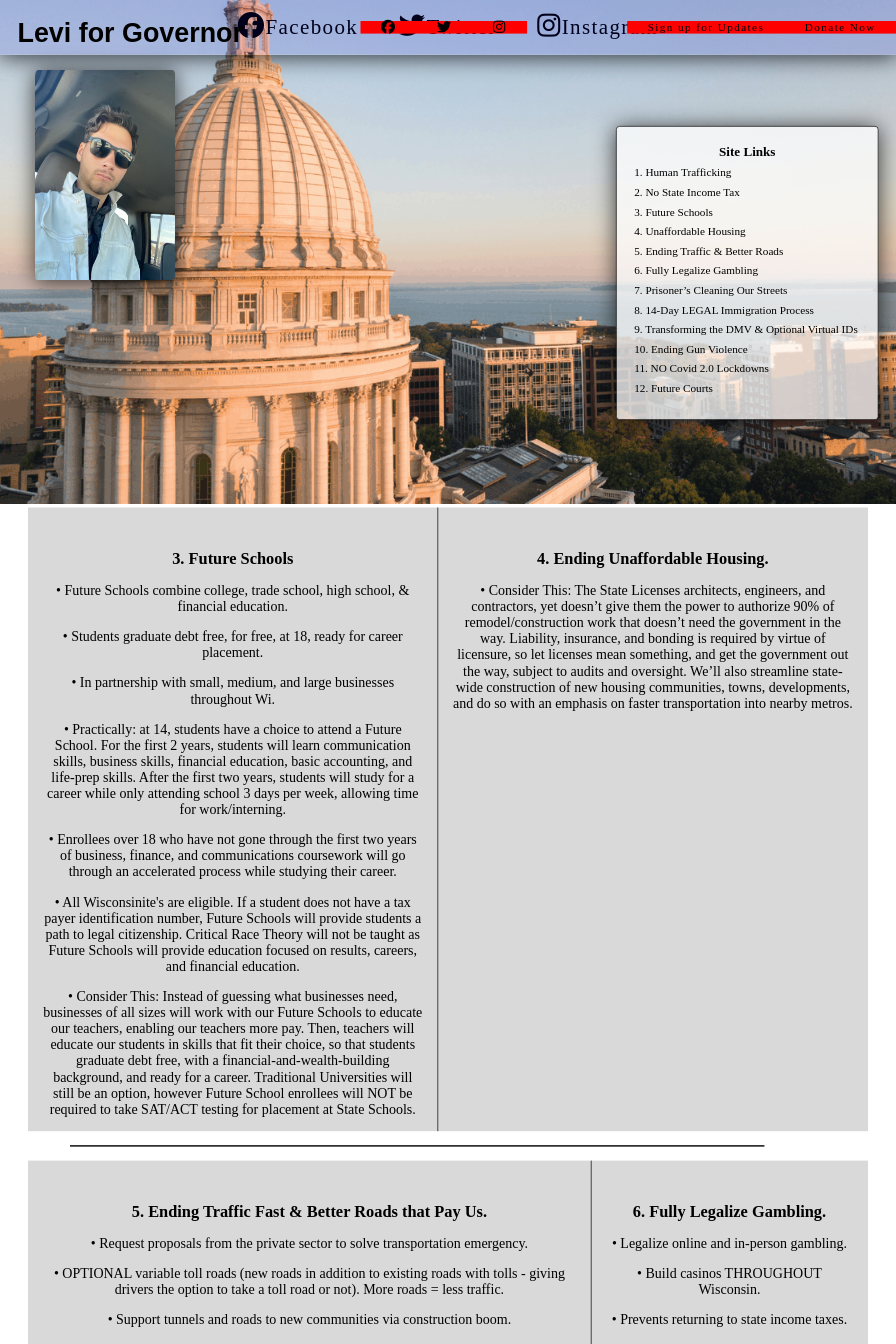
Repository: LeviCB/LeviCB.github.io
Page: index.html
The author's editor kept a record of every edit. The page is drawn from the files as they stood at one moment, then again after the next edit.
The browser window is 1280 px wide. The pictures show the part of the page from y = 0 to 1920 px (the page is 4057 px tall), at 70% of full size.
Some web fonts or font styles are not loaded; a fallback is used. Some web libraries are served in a nearby version.

Above is the page before.
Console error: SyntaxError: Identifier 'head' has already been declared

### index.html
<!DOCTYPE html>
<html>

<head id="head">

  <link type="text/css" rel="stylesheet" href="assets/css/header_style.css"/>
  <link type="text/css" rel="stylesheet" href="assets/css/laptop_style.css"/>
  <link type="text/css" rel="stylesheet" href="assets/css/tablet_style.css"/>
  <link type="text/css" rel="stylesheet" href="assets/css/mobile_style.css"/>
  <link type="text/css" rel="stylesheet" href="assets/css/style.css"/>
  <link type="text/css" rel="stylesheet" href="assets/css/body_style.css"/>
  <link type="text/css" rel="stylesheet" href="assets/css/footer_style.css"/>


  <script src="https://kit.fontawesome.com/570e38c220.js" crossorigin="anonymous"></script>
</head>

<body id="main">
  <div class="scrollTop" onclick="scrollToTop()"></div>
  <header id="header">
    <a href="" class="logo"><strong>Levi for Governor</strong></a>
    <ul id="list">
         <li><a href="#"><i class="fab fa-facebook fa-lg"></i></a></li>
         <li><a href="#"><i class="fab fa-twitter fa-lg"></i></a></li>
         <li><a href="#"><i class="fab fa-instagram fa-lg"></i></a></li>
    </ul>
    <ul>
      <li><a href="">Sign up for Updates</a></li>
      <li><a href="">Donate Now</a></li>
    </ul>
    </div>
  </header>
  <section class="banner" url="/assets/images/wisconsin_capital.png"></section>
  <div id="my-image">
    <img id="my-main-img" src="assets/images/main_image.JPG" alt="Main Image of Levi Borntreger">
  </div>
  <div id="hyper-links">
    <h3>Site Links</h3>
    <a href="#1. Human Trafficking">1. Human Trafficking</a>
    <a href="#2. No State Income Tax">2. No State Income Tax</a>
    <a href="#3. Future Schools">3. Future Schools</a>
    <a href="#4. Unaffordable Housing">4. Unaffordable Housing</a>
    <a href="#5. Ending Traffic & Better Roads">5. Ending Traffic & Better Roads</a>
    <a href="#6. Fully Legalize Gambling">6. Fully Legalize Gambling</a>
    <a href="#7. Prisoner’s Cleaning Our Streets">7. Prisoner’s Cleaning Our Streets</a>
    <a href="#8. 14-Day LEGAL Immigration Process">8. 14-Day LEGAL Immigration Process</a>
    <a href="#9. Transforming the DMV & Optional Virtual IDs">9. Transforming the DMV & Optional Virtual IDs</a>
    <a href="#10. Ending Gun Violence">10. Ending Gun Violence</a>
    <a href="#11. NO Covid 2.0 Lockdowns">11. NO Covid 2.0 Lockdowns</a>
    <a href="#12. Future Courts">12. Future Courts</a>
  </div>
  </div>
  <content>
    <!--for mobile and laptop only-->
    <div class="buttons">
      <ul class="social-buttons">
        <li><a href="#"><i class="fab fa-facebook fa-lg"></i>Facebook</a></li>
        <li><a href="#"><i class="fab fa-twitter fa-lg"></i>Twitter</a></li>
        <li><a href="#"><i class="fab fa-instagram fa-lg"></i>Instagram</a></li>
      </ul>
    </div>
     <!--^^^^for mobile and laptop only^^^^-->
    <div id="content-all">
      <div id="content-wrapper">
        <a name="1. Human Trafficking"></a>
        <a name="2. No State Income Tax"></a>
        <hr style="height: 2px; width: 80%; border: none; background-color: black;">
        <section id="content-text">
          <article id="content">
            <h3>1. Human Trafficking</h3>
            <p>I Promise to all of you that in my first 30 days in office to get a plan put together and in motion to stop human trafficking for good. There's absolutely no reason that today in our society, that any of this is going on, it's a disgrace to humanity.</p>
          </article>
          <hr style="width: 1px; border: none; background-color: black;">
          <article id="content">
            <h3>2. No State Income Tax on the first $200,000 of Income.</h3>
            <h5>Problem</h5>
            <p>Wisconsin's taxes are too high and too much goes to wasteful spending. This leads people to leave Wisconsin to pay lower or no taxes elsewhere and leads to fewer supporters of our Wisconsin businesses.</p>
            <h5>Solution</h5>
            <p> • Removes the Wi State Income Tax on the first $250,000 earned.</p>
            <p>• No Wisconsin tax return required.</p>
            <p>• An approximately 5% flat tax on incomes over $200,000.</p>
            <p>• An INSTANT pay raise for all workers and investors.</p>
            <p>• Funded by streamlining / reducing regulation and red tape throughout Wisconsin. Additionally: legalizing Gambling, Massive Growth, Future School consolidation, & Ending OVERPAYING for services. Private sector can build tunnels at $10 million per mile. ALL Wi projects, in the future, will have 100% public transparency, where we publicly & transparently weigh quality and cost. This ends crony capitalism (backroom deals) and corruption.</p>
          </article>
        </section>
        <a name="3. Future Schools"></a>
        <a name="4. Unaffordable Housing"></a>
        <hr style="height: 2px; width: 80%; border: none; background-color: black;">
        <section id="content-text">
          <article id="content">
            <h3>3. Future Schools</h3>
            <p>• Future Schools combine college, trade school, high school, & financial education.</p>
            <p>• Students graduate debt free, for free, at 18, ready for career placement.</p>
            <p>• In partnership with small, medium, and large businesses throughout Wi.</p>
            <p>• Practically: at 14, students have a choice to attend a Future School. For the first 2 years, students will learn communication skills, business skills, financial education, basic accounting, and life-prep skills. After the first two years, students will study for a career while only attending school 3 days per week, allowing time for work/interning.</p>
            <p>• Enrollees over 18 who have not gone through the first two years of business, finance, and communications coursework will go through an accelerated process while studying their career.</p>
            <p> • All Wisconsinite's are eligible. If a student does not have a tax payer identification number, Future Schools will provide students a path to legal citizenship. Critical Race Theory will not be taught as Future Schools will provide education focused on results, careers, and financial education.</p>
            <p>• Consider This: Instead of guessing what businesses need, businesses of all sizes will work with our Future Schools to educate our teachers, enabling our teachers more pay. Then, teachers will educate our students in skills that fit their choice, so that students graduate debt free, with a financial-and-wealth-building background, and ready for a career. Traditional Universities will still be an option, however Future School enrollees will NOT be required to take SAT/ACT testing for placement at State Schools.</p>
          </article>
          <hr style="width: 1px; border: none; background-color: black;">
          <article id="content">
            <h3>4. Ending Unaffordable Housing.</h3>
            <p>• Consider This: The State Licenses architects, engineers, and contractors, yet doesn’t give them the power to authorize 90% of remodel/construction work that doesn’t need the government in the way. Liability, insurance, and bonding is required by virtue of licensure, so let licenses mean something, and get the government out the way, subject to audits and oversight. We’ll also streamline state-wide construction of new housing communities, towns, developments, and do so with an emphasis on faster transportation into nearby metros.</p>
          </article>
        </section>
        <a name="5. Ending Traffic & Better Roads"></a>
        <a name="6. Fully Legalize Gambling"></a>
        <hr style="height: 2px; width: 80%; border: none; background-color: black;">
        <section id="content-text">
          <article id="content">
            <h3>5. Ending Traffic Fast & Better Roads that Pay Us.</h3>
            <p>• Request proposals from the private sector to solve transportation emergency.</p>
            <p>• OPTIONAL variable toll roads (new roads in addition to existing roads with tolls - giving drivers the option to take a toll road or not). More roads = less traffic.</p>
            <p>• Support tunnels and roads to new communities via construction boom.</p>
            <p>• End high-speed rail. Focus on better public transportation especially for Future Schools and workplaces.</p>
            <p>• Utilizing the “green wave” to coordinate traffic lights and limit traffic will also be implementing.</p>
            <p>• Consider This: The private sector is prepared to help solve Wisconsin’s transportation issues. The problem? The Governor is in the way. Cities and counties don’t want traffic; it hurts them. As Governor, Levi will request public proposals from private companies who will compete against each other for opportunities to fix our transportation nightmare. This might include logical changes to speed limits, lane efficiency, and enhancements to our building processes that enable faster solutions, such as multiple private partnerships providing tunnels throughout the same, where traffic is worst.</p>
          </article>
          <hr style="width: 1px; border: none; background-color: black;">
          <article id="content">
            <h3>6. Fully Legalize Gambling.</h3>
            <p>• Legalize online and in-person gambling.</p>
            <p>• Build casinos THROUGHOUT Wisconsin.</p>
            <p>• Prevents returning to state income taxes.</p>
            <p>• Consider This: Today, many leave Wisconsin to travel, vacation, and gamble elsewhere. Why not do as states should do, become competitive with other states, and provide Wisconsinites and Americans an opportunity to enjoy gambling IN Wisconsin. We welcome Everyone.</p>
          </article>
        </section>
        <a name="7. Prisoner’s Cleaning Our Streets"></a>
        <a name="8. 14-Day LEGAL Immigration Process"></a>
        <hr style="height: 2px; width: 80%; border: none; background-color: black;">
        <section id="content-text">
          <article id="content">
            <h3>7. Prisoner’s Cleaning Our Streets.</h3>
            <p>• Focus on community policing and reintegrating trust with law enforcement and communities.</p>
            <p>• Non-violent inmates in jails/prisons will work community service in neighborhoods they committed crimes in under group supervision. Selected, non-violent inmates who agree to clean our streets will be eligible to go stay at home with family, reducing jail costs, while being monitored to ensure attendance and fulfillment of sentence. Wisconsin has over 23,000 prisoner's and spends over $30,000 per prisoner per year on housing Prisoners. This is backwards. Prisoners should contribute to our society, society shouldn’t contribute to them.</p>
            <p>• Inmates will clean our streets, roads, towns/cities, and remove graffiti.</p>
            <p>• Option to attend Future Schools to prevent recidivism.</p>
            <p>• Focus on training, social support, and community, with a focus on growth. For example, restrictive alcohol enforcement on businesses cripples business.</p>
          </article>
          <hr style="width: 1px; border: none; background-color: black;">
          <article id="content">
            <h3>8. 14-Day LEGAL Immigration Process.</h3>
            <p>• Wisconsin will establish a process for fast-tracked LEGAL immigration. Our “illegal” immigration crisis is a result of a HORRIBLE, out-dated, and criminalizing immigration disaster. A 14-day legal immigration process helps us attract not just refugees, but also qualified immigrants who can support and contribute to our economy. Legal immigration does not cost Wisconsin jobs, it expands our economy and grows our revenues. Consider this: A CPA who moves to Wisconsin from Brazil, who agrees not to accept any social-welfare programs, needs a dentist, doctor, grocery store, taxi driver, retail stores, and more. For each person who legally immigrants to Wisconsin, we expect economic growth for 10+ Wisconsinite's.</p>
            <p>• Every mid to low income Immigrant will need to have a job lined up. They will get a temporary 2 year Citizenship and will have to attend a future school on the side to learn English etc. If they still have a job and no criminal activities they will be granted full Citizenship.</p>
            <p>Additionally and on Manufacturing:</p>
            <p>• Wisconsin will also partner with companies providing access to Future Schools.</p>
            <p>• This allows companies to train students prior to graduating Future Schools, making them career ready at 18.</p>
          </article>
        </section>
        <a name="9. Transforming the DMV & Optional Virtual IDs"></a>
        <a name="10. Ending Gun Violence"></a>
        <hr style="height: 2px; width: 80%; border: none; background-color: black;">
        <section id="content-text">
          <article id="content">
            <h3>9. Transforming the DMV & Optional Virtual IDs.</h3>
            <p>• Virtual IDs and Registrations w/ QR coded downloads. Virtual IDs would be OPTIONAL - so printed QR or full-versions would still be available on an OPT-IN basis (default being virtual, but for those desiring physical, the option would be available).</p>
            <p>• Privatizing license plates, driver tests, and vision tests.</p>
            <p>• Speed cameras & virtual tickets; less traffic stops via officer virtual traffic stops & ticketing.</p>
            <p>• Instant options to dispute or pay tickets via a new Wisconsin App.</p>
          </article>
          <hr style="width: 1px; border: none; background-color: black;">
          <article id="content">
            <h3>10. Ending Gun Violence.</h3>
            <p> • Wisconsin should focus less on restrictions for legal weapon owners, and instead focus more resources on weapon education, mental Health services, therapy access especially for those uninsured or underinsured, and teaching mental-wellness in our schools to prevent the stigmatization of mental-health illnesses in Wisconsin.</p>
            <p>• Those who are trained and background checked SHALL have more rights in Wisconsin. We’re moving towards MORE rights and freedoms in Wisconsin, not less.</p>
            <p>• Tiered licenses for individuals with weapons training.</p>
            <p>• Granting more privileges like concealed carry to more folks who are trained and background checked. This would be the first expansion of Gun Rights Wisconsin has seen in decades.</p>
          </article>
        </section>
        <a name="11. NO Covid 2.0 Lockdowns"></a>
        <a name="12. Future Courts"></a>
        <hr style="height: 2px; width: 80%; border: none; background-color: black;">
        <section id="content-text">
          <article id="content">
            <h3>11. NO Covid 2.0 Lockdowns.</h3>
            <h4>Covid:</h4>
            <p>Vaccines are a choice. Masks are a choice. Businesses shall have the right to remain OPEN — however, reasonable “HEPA-filtration” and ventilation requirements may be an option, but we will NOT have lockdowns again.</p>
          </article>
          <hr style="width: 1px; border: none; background-color: black;">
          <article id="content">
            <h3>12. Future Courts.</h3>
            <p>• Small claims limits raised to $100,000.</p>
            <p>• New Small Claims Advisor Counsel license taught at Future Schools.</p>
            <p>• Speeding up the legal system by investing in our courts.</p>
          </article>
        </section>
      </div>
    </div>
  </content>
<foot>
  <div id="foot">
    <div id="address">
      <h3>Levi for Governor</h3>
      <h3>1712 Prima Lago Ter</h3>
      <h3>Lakeland, FL. 33810</h3>
    </div>
    <div id="contact">
      <h3>Contact Me</h3>
      <h3>715~660~6693</h3>
      <H3>LeviForGovernor@gmail.com</h3>
    </div>
  </div>
</foot>
<script type="text/javascript" src="assets/js/main.js"></script>
<script>
  /*start of header magic*/
const head = document.querySelector("#header");

window.onscroll = function () {
  var top = window.scrollY;
  if (top >= 5) {
    head.classList.add("active");
  } else {
    head.classList.remove("active");
  }
};
/*end of header magic*/

/*start of navtext color change on scroll*/
window.addEventListener("scroll", function() {
        var header = document.querySelector("header");
        header.classList.toggle("sticky", window.scrollY> 0);
      });
/*end of navtext color change on scroll*/

/*start of scrollTop*/
window.addEventListener('scroll', function(){
    var scroll = document.querySelector('.scrollTop');
    scroll.classList.toggle("active" , window.scrollY > 500)
  })

  function scrollToTop(){
    window.scrollTo({
      top: 0,
      behavior: 'smooth'
    })
  }
/*end of scrollTop*/
</script>
</body>
<footer id="footer">
  <div id="copyright">
    <h3>Paid for and Approved by Levi Borntreger for Governor</h3>
    <h3>Copyright 2021 — Levi for Governor. All rights reserved.</h3>
  </div>
</footer>

</html>

### assets/css/laptop_style.css
/*
$desktop: 1200px;
$laptop: 1024px;
$tablet: 768px;
$phone: 480px;
*/

@media only screen and (max-width:1024px) and (min-width: 768px) {
  body {
    background-color:;
  }
  #hyper-links {
    background-color: blue;
  }

  #content-text {
    flex-direction: column;
  }
  #content-wrapper {
    display: flex;
    column-gap: 40px;
    flex-direction: column;
    flex-wrap: wrap;
    width: 100%;
  }
}

### assets/css/tablet_style.css
/*
$desktop: 1200px;
$laptop: 1024px;
$tablet: 768px;
$phone: 480px;
*/


@media only screen and (max-width:768px) and (min-width: 480px) {
  body {
    background-color: pink;
  }
  header #list {
    display: none;
  }
  #hyper-links {
    background-color: blue;
    box-shadow: 0 3px 2rem rgba(0,0,0,.75);
    width: 375px;
    height: 500px;
    position: absolute;
    padding: 50px;
    display: flex;
    border: 1px black solid;
    flex-direction: column;
    z-index: 1;
    left: 0px;
    top: 0px;
    bottom: 0px;
    right: 0px;
    margin: auto;
    margin-top: 60px;
    margin-right: 25px;
    border-radius: 5px;
}

  #content-wrapper {
    font-size: 5px;
  }
}

### assets/css/mobile_style.css


/*
$desktop: 1200px;
$laptop: 1024px;
$tablet: 768px;
$phone: 480px;
*/


@media only screen and (max-device-width:480px) and (min-width:200px) {
  body {
  }
  header {
    height: 100px !important;
    background-color: rgba(0,0,100,1.00) !important;
    color: white !important;
  }
  header .logo {
    font-size: 35px !important;
    color: white !important;
  }
  header #list {
    display: none;
  }
  header ul li a {
    font-size: 30px !important;
    margin: 0 20px;
    padding-top: 10px;
    color: white !important;
}
  #my-image {
    margin-top: 150px !important;
  }
  #hyper-links {
    font-size: 30px;
    min-width: 575px;
    min-height: 950px;
}
  #hyper-links h3 {
    padding: 15px !important;
}
  #hyper-links a {
    padding: 15px !important;
    font-weight: 500px !important;
}
  .scrollTop {
  bottom: 150px !important;
  right: 75px !important;
  width: 85px !important;
  height: 85px !important;
  background-size: 60px !important;
}

  #content-wrapper {
    font-size: 30px !important;
  }
}

### assets/css/style.css
@import url('https://fonts.googleapis.com/css?family=Hammersmith+One');

/*
$desktop: 1200px;
$laptop: 1024px;
$tablet: 768px;
$phone: 480px;
*/



* {
  margin: 0px;
  padding: 0px;
  box-sizing: border-box;
}

body {
  min-height: 100vh;
}
#my-main-img {
  width: 200px;
  height: 300px;
  border-radius: 5px;
  box-shadow: 0 3px 2rem rgba(0,0,0,.75);
}
#my-image {
  position: absolute;
  z-index: 1;
  left: 0px;
  top: 0px;
  bottom: 0px;
  right: 0px;
  margin-top: 100px;
  margin-left: 50px;
}
.scrollTop {
  position: fixed;
  bottom: 800px;
  right: 40px;
  width: 60px;
  height: 60px;
  background: #fff url(/assets/images/arrow-up-blue.jpg);
  border-radius: 50%;
  background-size: 40px;
  background-position: center;
  background-repeat: no-repeat;
  cursor: pointer;
  z-index: 10000;
  visibilty: hidden;
  opacity: 0;
  transition: 0.5s;
}
.scrollTop.active {
  visibilty: visibilty;
  opacity: 1;
  bottom: 40px;
  border: 1px black solid;
}
#hyper-links {
  background-color: rgba(255, 255, 255, .75);
  box-shadow: 0 3px 2rem rgba(0,0,0,.75);
  width: 375px;
  max-height: 420px;
  position: absolute;
  padding: 20px;
  display: flex;
  border: 1px black solid;
  flex-direction: column;
  z-index: 1;
  left: 0px;
  top: 60px;
  bottom: 0px;
  right: 0px;
  margin: auto;
  margin-right: 25px;
  border-radius: 5px;
}
#hyper-links h3 {
  padding: 5px;
  margin: 0px;
  text-align: center;
}
#hyper-links a {
  color: black;
  padding: 5px;
  text-decoration: none;
}
#hyper-links a:hover {
  color: white;
  border: 1px solid black;
  background-color: rgba(0, 0, 0, .50);
}

 content .buttons {
   background-color: red;
   width: auto;
   height: 75px;
   display: flex;
   justify-content: space-around;
 }
 content .buttons .social-buttons {
  position: ;
  display: flex;
  justify-content: ;
  align-items: center;
 }
 content .buttons .social-buttons li {
   position: ;
   list-style: none;
 }
 content .buttons .social-buttons li a {
  position: relative;
  margin: 0 15px;
  padding: 14px;
  text-decoration: none;
  color: black;
  letter-spacing: 2px;
  font-size: 30px;
 }
#content h3 {
  color: black;
  padding-top: 60px;
}
#content-all {
  margin: 0px;
  padding: 20px;
}
#content-wrapper {
  font-size: 20px;
  display: flex;
  column-gap: 40px;
  flex-direction: row;
  flex-wrap: wrap;
  width: 100%;
}
#content-text {
  padding: 20px;
  display: flex;
}
#content {
  background-color: rgba(0, 0, 0, .15);
  padding: 0px 20px 20px 20px;
  text-align: center;
}
#content p {
  padding-top: 20px;
}

### assets/css/body_style.css
.banner {
  position: fixed;
  width: 100%;
  height: 100vh;
  background-image: url("/assets/images/wisconsin_capital.png");
  background-size: cover;
}

### assets/css/footer_style.css
#foot {
  background-color: blue;
  box-shadow: 0 3px 2rem rgba(0,0,0,.75);
  display: flex;
  margin: 0px;
  padding: 0px;
  height: 150px;
  width: 100%;
  justify-content: space-around;
}
foot h3 {
    font-size: 20px;
}
#foot #address {
  margin-top: 30px;
}
#foot #address H3{
  color: white;
  padding: 5px;
}
#foot #contact {
  margin-top: 30px;
}
#foot #contact H4,
#foot #contact H3{
  color: white;
  padding: 5px;
  text-decoration: none !important;
}
#footer {
  margin: 0px;
  padding: 0px;
  height: 75px;
  display: flex;
  background-color: blue;
  border-top: 2px black solid;
  justify-content: center;
}
#footer #copyright {
}
#footer #copyright h3 {
  color: white;
  margin-top: 15px;
}

Loaded but not shown: assets/js/main.js (33 lines, source omitted); assets/css/header_style.css (76 lines, source omitted)

After the next edit:
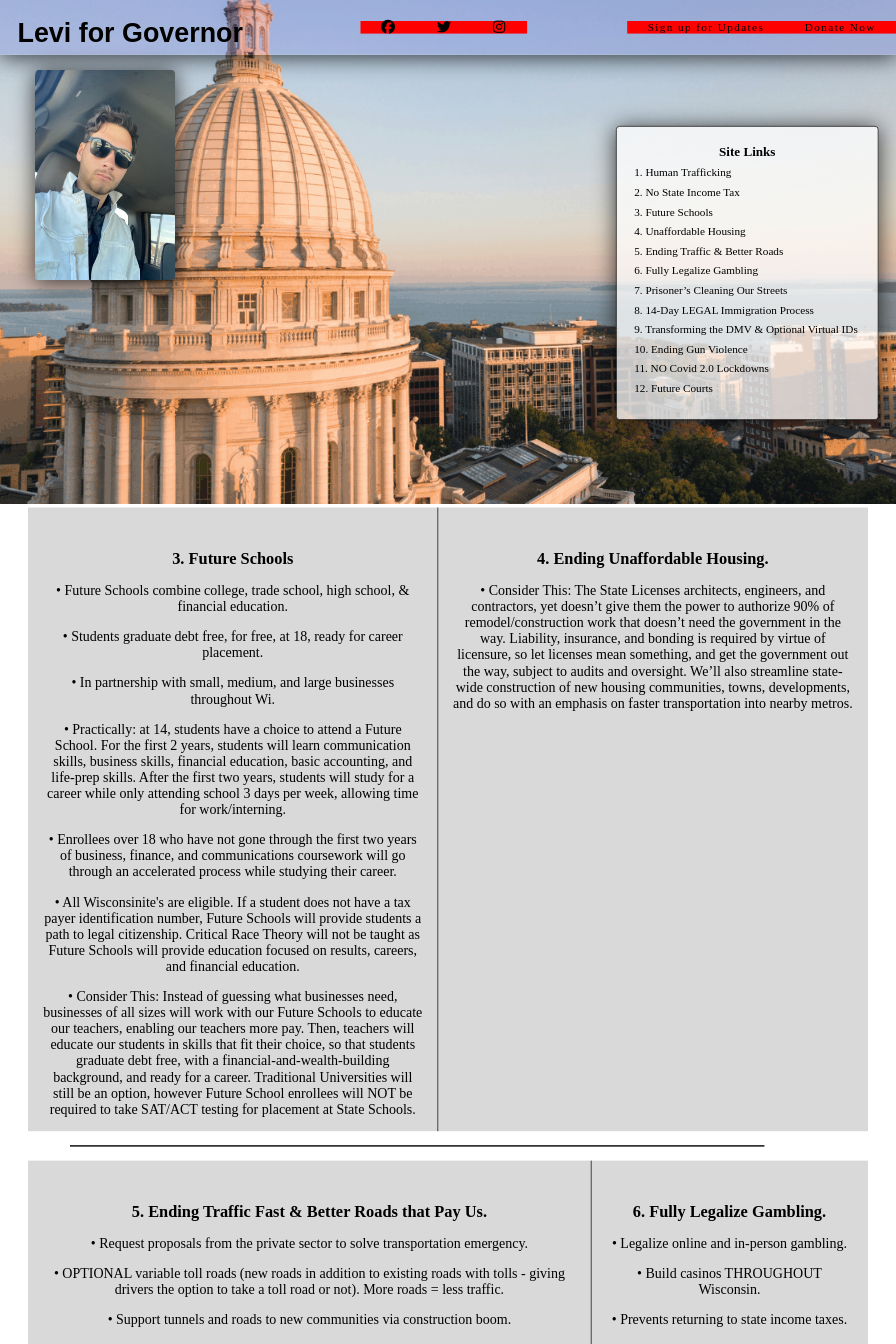
The edit:
--- a/assets/css/style.css
+++ b/assets/css/style.css
@@ -110,9 +110,9 @@
    list-style: none;
  }
  content .buttons .social-buttons li a {
-  position: relative;
-  margin: 0 15px;
-  padding: 14px;
+  position: ;
+  margin: 30px;
+  padding: 20px;
   text-decoration: none;
   color: black;
   letter-spacing: 2px;
